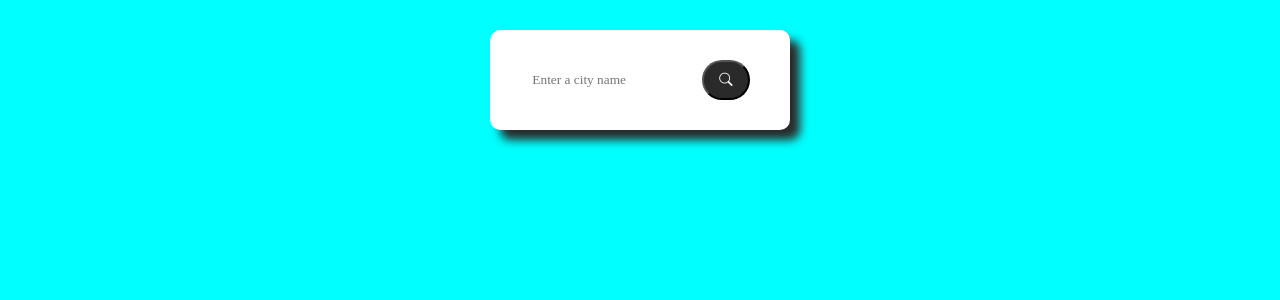
Repository: CrissRT/weather
Page: index.html
These files come from the project's save history. The page is drawn as it stood at one moment and after the next save; the edit follows.
The browser window is 1280 px wide. The pictures show the whole page.
Some web fonts or font styles are not loaded; a fallback is used.

Above is the page before, as saved 2024-06-30 15:24:33.

### index.html
<!DOCTYPE html>
<html lang="en">
<head>
    <link rel="stylesheet" href="style.css">
    <meta charset="UTF-8">
    <meta name="viewport" content="width=device-width, initial-scale=1.0">
    <title>Weather By Criss</title>
    <!-- <link href="https://cdn.jsdelivr.net/npm/bootstrap@5.3.3/dist/css/bootstrap.min.css" rel="stylesheet" integrity="sha384-QWTKZyjpPEjISv5WaRU9OFeRpok6YctnYmDr5pNlyT2bRjXh0JMhjY6hW+ALEwIH" crossorigin="anonymous"> -->
    <link rel="stylesheet" href="https://cdn.jsdelivr.net/npm/bootstrap-icons@1.11.3/font/bootstrap-icons.min.css">
</head>
<body>
    <div class="main-app default-main-app">
        <div class="search-bar">
            <input type="text" id="search-input" placeholder="Enter a city name" maxlength="50">
            <button type="button" id="search-button"><i class="bi bi-search"></i></button>
        </div>
    </div>

    <!-- Scripts -->
     <!-- Bootstrap -->
    <script src="https://cdn.jsdelivr.net/npm/bootstrap@5.3.3/dist/js/bootstrap.bundle.min.js" integrity="sha384-YvpcrYf0tY3lHB60NNkmXc5s9fDVZLESaAA55NDzOxhy9GkcIdslK1eN7N6jIeHz" crossorigin="anonymous"></script>
    <!-- Own Script -->
    <script src="scripts.js"></script>
</body>
</html>

### style.css
@import url('https://fonts.googleapis.com/css2?family=Playwrite+IT+Moderna:wght@100..400&display=swap');

body {
    width: 100%;
    margin: 0;
    background-color: aqua;
    display: flex;
    justify-content: center;
    align-items: center;
}

.main-app * {
    font-family: "Playwrite IT Moderna", cursive;
    font-optical-sizing: auto;
    font-weight: 16px;
    font-style: normal;
}

.main-app{
    display: flex;
    flex-direction: column;
    justify-content: center;
    align-items: center;
    background-color:white;
    border-radius: 10px;
    margin: 30px 0 30px 0;
    box-shadow: rgb(42, 42, 42) 10px 10px 10px;
}

/* Use this class when a user searched the location */
.searched-location-main-app {
    width: 550px;
    height: 750px;
}

/* Use this class when a user firstly entered your app */
.default-main-app {
    width: 300px;
    height: 100px;
}

#search-input {
    outline: none;
    border: none;
}

#search-button {
    background-color: rgb(42, 42, 42);
    color: white;
    padding: 10px 15px;
    text-align: center;
    text-decoration: none;
    border-radius: 20px;
    cursor: pointer;
}

Loaded but not shown: scripts.js (common file)

After the next save:
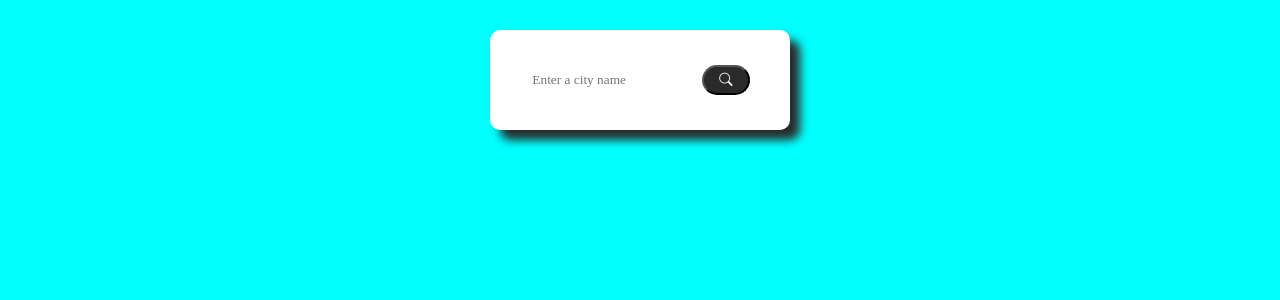
Saved 5 s later.
--- a/style.css
+++ b/style.css
@@ -47,7 +47,7 @@ body {
 #search-button {
     background-color: rgb(42, 42, 42);
     color: white;
-    padding: 10px 15px;
+    padding: 5px 15px;
     text-align: center;
     text-decoration: none;
     border-radius: 20px;
